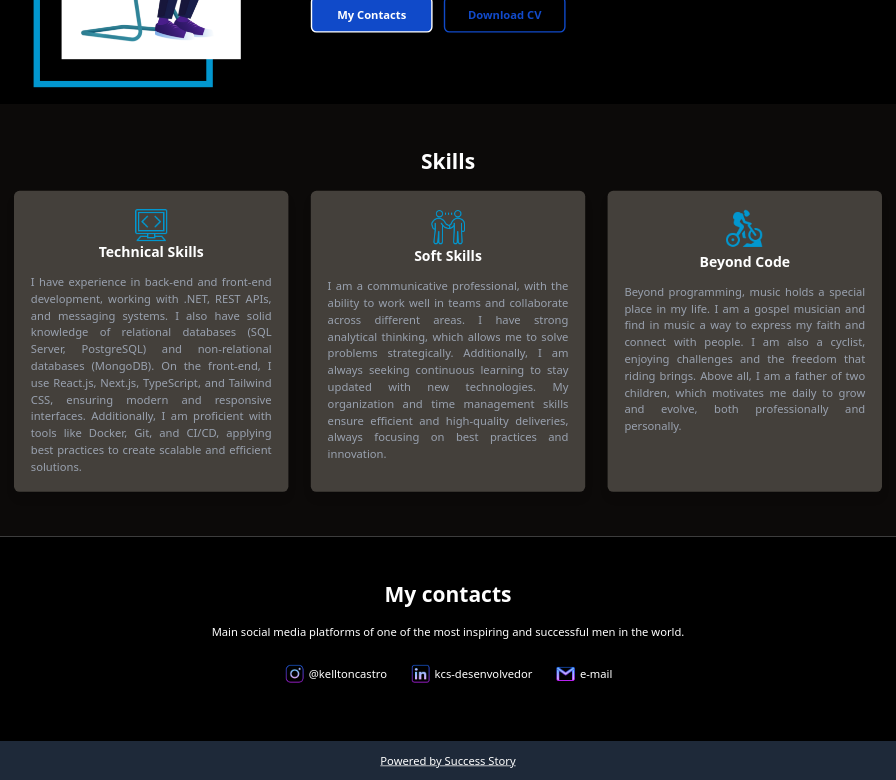
Repository: kcsdesenvolvedor/portfolio
Page: src/index.html
An editor plug-in stored every save of this project. The page is shown before and after the next save, followed by the edit.
The browser window is 1280 px wide. The pictures show the part of the page from y = 822 to 2742 px (the page is 1936 px tall before and 2742 px after), at 70% of full size.

Above is the page before, as saved 2025-02-21 21:19:40.
Console error: TypeError: Cannot read properties of null (reading 'textContent')

After the next save:
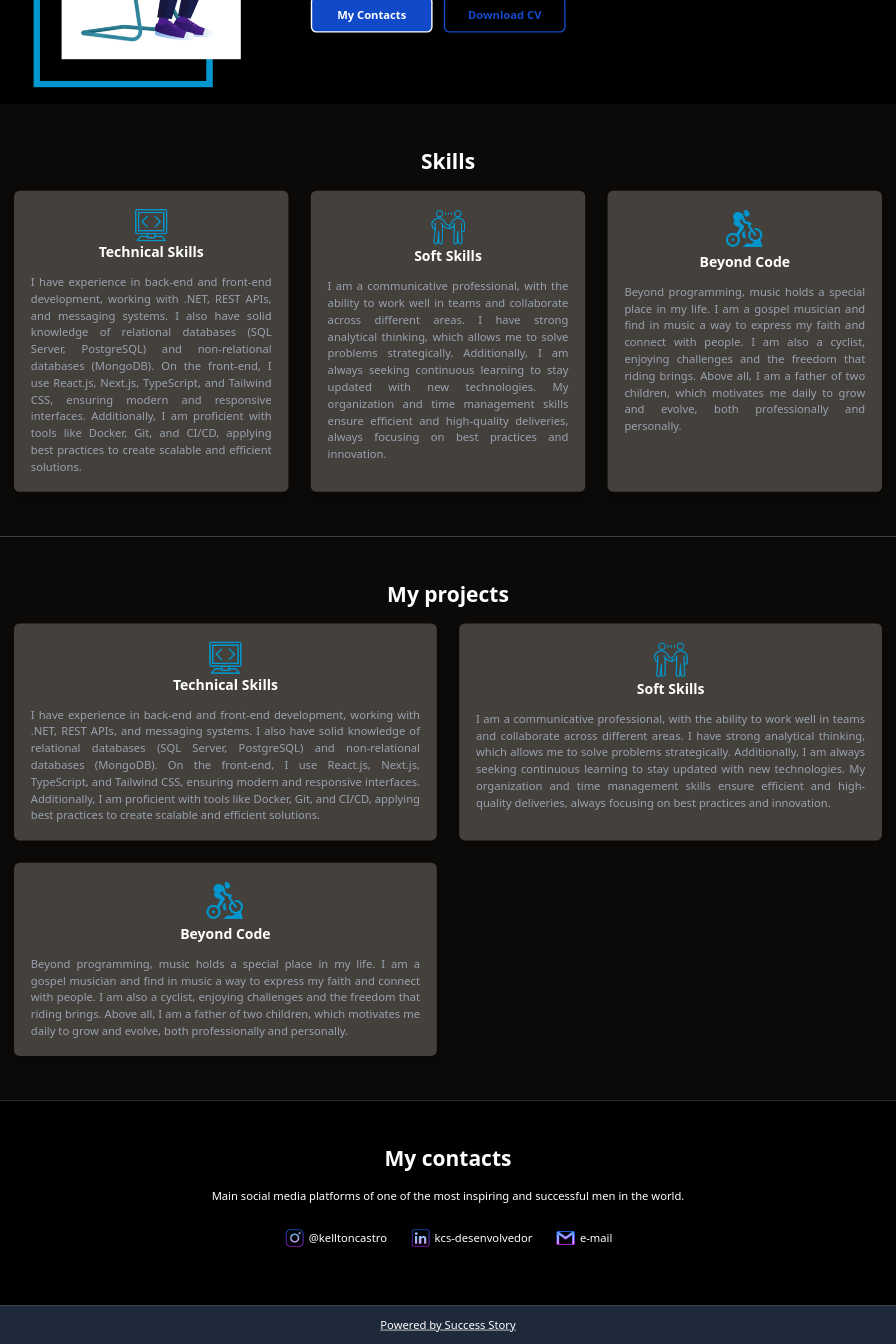
Saved 13 h 0 min later.
--- a/src/index.html
+++ b/src/index.html
@@ -173,7 +173,7 @@
 
 
 
-    <!-- Serviços -->
+    <!-- Skills -->
     <section id="achievements" class="py-16 bg-stone-950 fade-in">
         <div class="container mx-auto text-center">
             <h3 class="text-3xl text-white font-bold mb-6">Skills</h3>
@@ -197,6 +197,29 @@
         </div>
     </section>
 
+    <!-- Projetos -->
+    <section id="achievements" class="py-16 bg-stone-950 fade-in">
+        <div class="container mx-auto text-center">
+            <h3 class="text-3xl text-white font-bold mb-6">My projects</h3>
+            <div class="px-5 grid grid-cols-1 md:grid-cols-2 gap-8">
+                <div class="flex flex-col items-center bg-stone-700 p-6 rounded-lg shadow-lg transition delay-150 duration-300 transform hover:scale-105 hover:shadow-xl">
+                    <img src="./img/hard-skills.png" alt="image hard skills">
+                    <h4 class="text-xl text-white font-bold mb-4">Technical Skills</h4>
+                    <p class="text-gray-400 text-justify">I have experience in back-end and front-end development, working with .NET, REST APIs, and messaging systems. I also have solid knowledge of relational databases (SQL Server, PostgreSQL) and non-relational databases (MongoDB). On the front-end, I use React.js, Next.js, TypeScript, and Tailwind CSS, ensuring modern and responsive interfaces. Additionally, I am proficient with tools like Docker, Git, and CI/CD, applying best practices to create scalable and efficient solutions.</p>
+                </div>
+                <div class="flex flex-col items-center bg-stone-700 p-6 rounded-lg shadow-lg transition delay-150 duration-300 transform hover:scale-105 hover:shadow-xl">
+                    <img src="./img/soft-skills.png" class="h-14" alt="image soft skills">
+                    <h4 class="text-xl text-white font-bold mb-4">Soft Skills</h4>
+                    <p class="text-gray-400 text-justify">I am a communicative professional, with the ability to work well in teams and collaborate across different areas. I have strong analytical thinking, which allows me to solve problems strategically. Additionally, I am always seeking continuous learning to stay updated with new technologies. My organization and time management skills ensure efficient and high-quality deliveries, always focusing on best practices and innovation.</p>
+                </div>
+                <div class="flex flex-col items-center bg-stone-700 p-6 rounded-lg shadow-lg transition delay-150 duration-300 transform hover:scale-105 hover:shadow-xl">
+                    <img src="./img/beyond-code.png" alt="imagem de beyond code">
+                    <h4 class="text-xl text-white font-bold mb-4">Beyond Code</h4>
+                    <p class="text-gray-400 text-justify">Beyond programming, music holds a special place in my life. I am a gospel musician and find in music a way to express my faith and connect with people. I am also a cyclist, enjoying challenges and the freedom that riding brings. Above all, I am a father of two children, which motivates me daily to grow and evolve, both professionally and personally.</p>
+                </div>
+            </div>
+        </div>
+    </section>
 
     <!-- Contato -->
     <section id="contact" class="py-16 bg-black text-white text-center fade-in">
